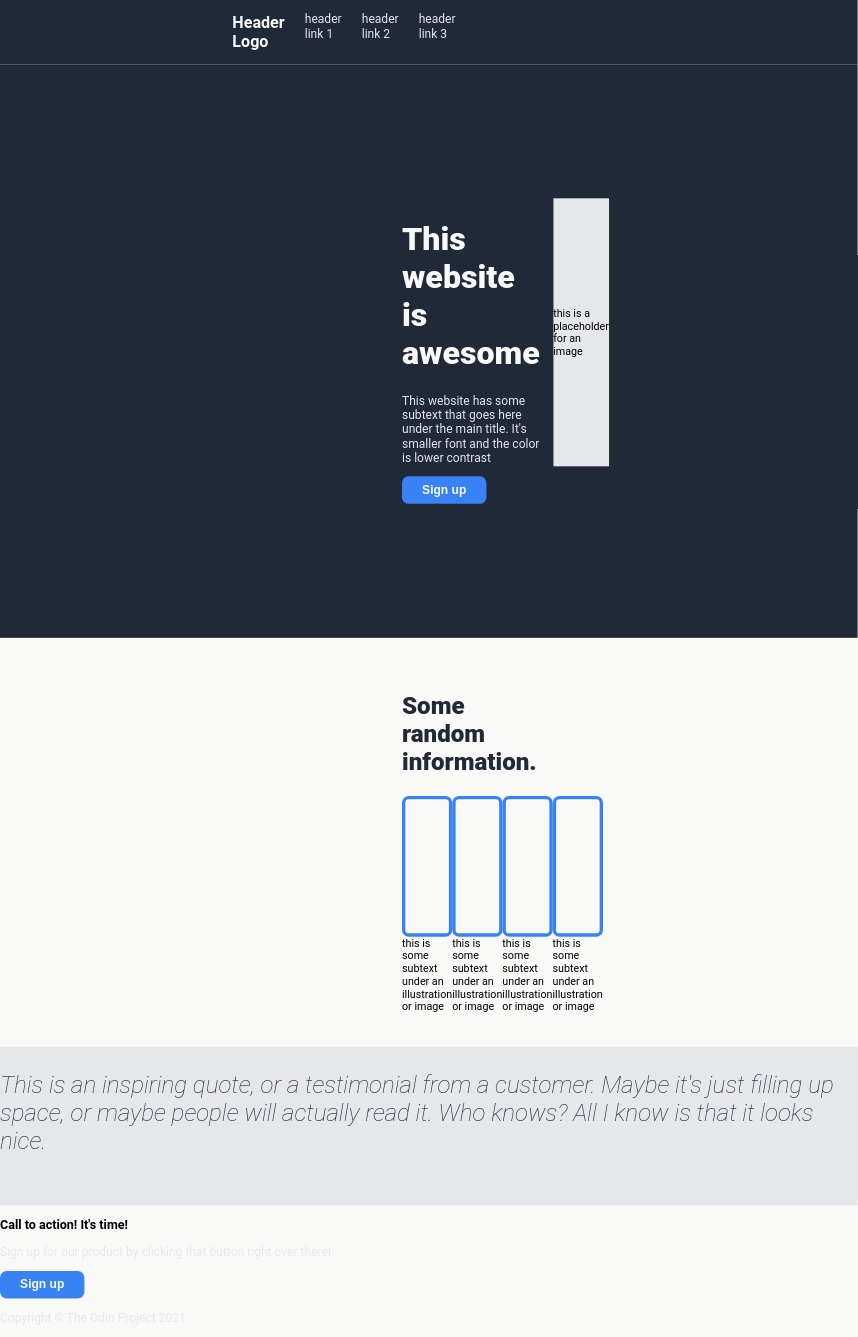
Repository: rsoetydev/landing-page
Page: index.html
An editor plug-in stored every save of this project. The page is shown before and after the next save, followed by the edit.
The browser window is 1280 px wide. The pictures show the whole page, at 67% of full size.

Above is the page before, as saved 2023-11-28 10:27:44.

After the next save:
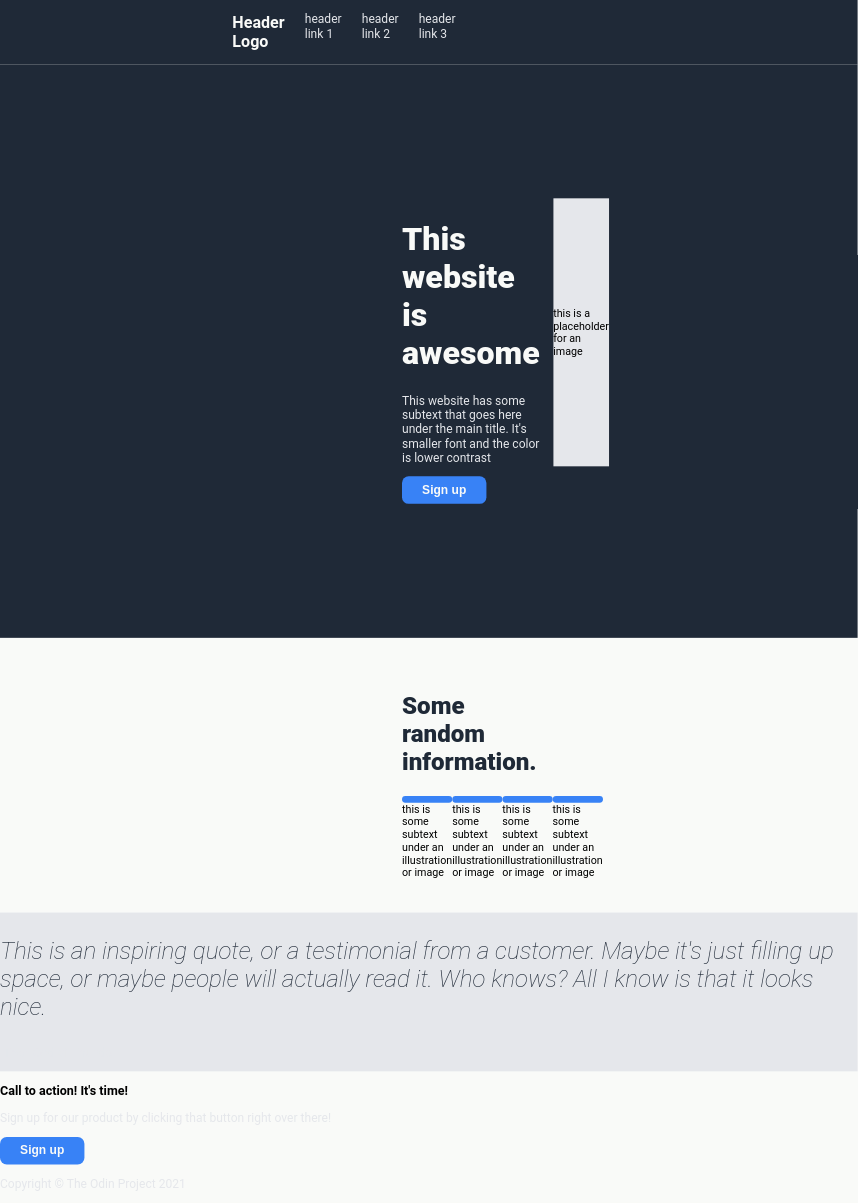
Saved 10 s later.
--- a/style.css
+++ b/style.css
@@ -109,7 +109,6 @@
 }
 
 .item-pic{
-    height:200px;
     flex-grow: 1;
     border-style: solid;
     border-color: var(--blue);

After the save that followed:
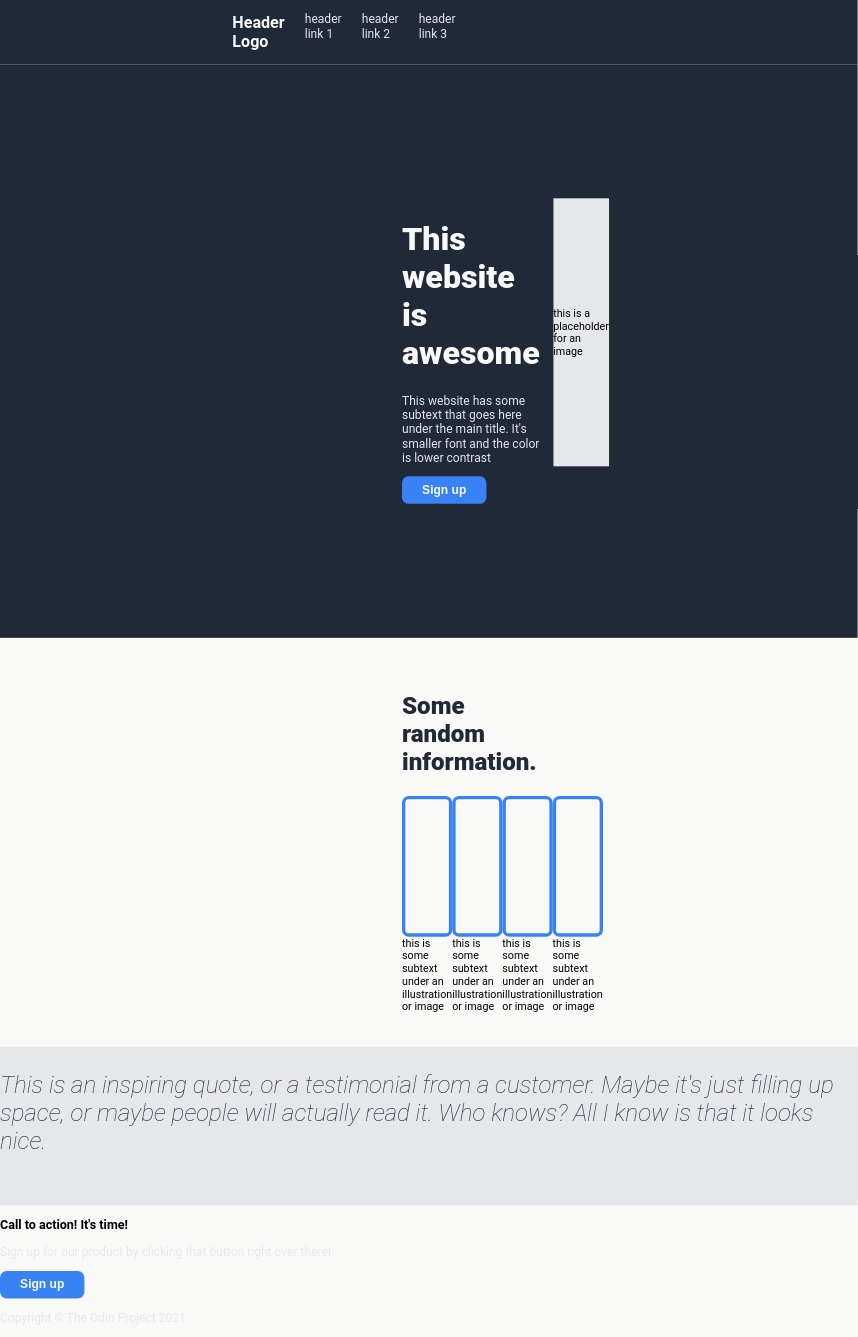
Saved 5 s later.
--- a/style.css
+++ b/style.css
@@ -109,6 +109,7 @@
 }
 
 .item-pic{
+    height:200px;
     flex-grow: 1;
     border-style: solid;
     border-color: var(--blue);
